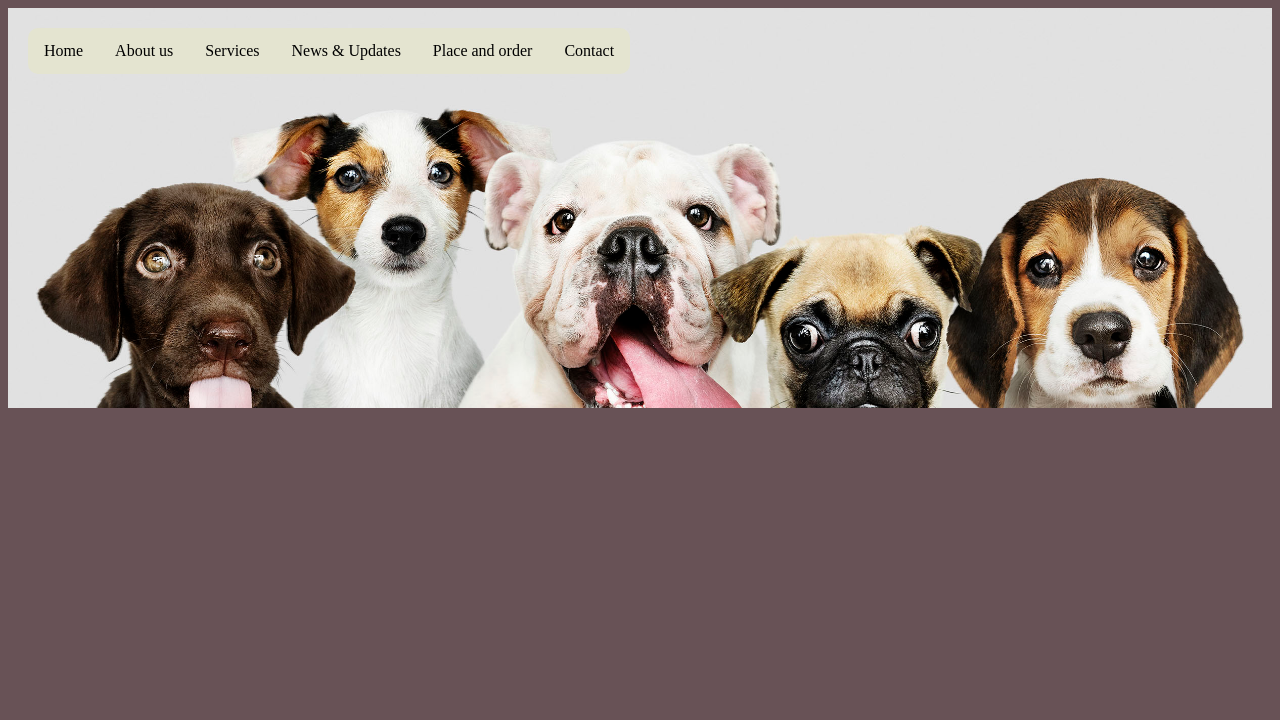
Repository: Tayma-Kazmouz/labwork
Page: index.html
An editor plug-in stored every save of this project. The page is shown before and after the next save, followed by the edit.
The browser window is 1280 px wide. The pictures show the whole page.

Above is the page before, as saved 2022-04-04 16:19:51.

### index.html
<!DOCTYPE html>
<html lang="en">
<head>
    <meta charset="UTF-8">
    <meta http-equiv="X-UA-Compatible" content="IE=edge">
    <meta name="viewport" content="width=device-width, initial-scale=1.0">
    <title>LabWork1</title>
    <link rel="stylesheet" href="styles.css">
</head>
<body>
    <div class="banner">
          <div class="nav">
            <ul>
                <li><a class="active" href="#">Home</a></li>
                <li><a href="#">About us</a></li>
                <li><a href="#">Services</a></li>
                <li><a href="#">News & Updates</a></li>
                <li><a href="#">Place and order</a></li>
                <li><a href="#">Contact</a></li>
            </ul>
        </div>
      </div>

</body>
</html>

### styles.css
body{
    background-color: rgb(104, 82, 86);
}

.banner{
    background-image: url(images/banner.jpg);
    height: 400px;
    position: relative;
    background-position: center;
    background-repeat: no-repeat;
    background-size: cover;
}

.nav{
    background-color: rgb(228, 228, 208);
    border-radius: 10px;
    width: auto;
    position: absolute;
    margin: 20px;
}
ul {
    list-style-type: none;
    margin: 0;
    padding: 0;
    overflow: hidden;
  }

  li {
    float: left;
  }

  li a {
    display: block;
    color: black;
    text-align: center;
    padding: 14px 16px;
    text-decoration: none;
  }

After the next save:
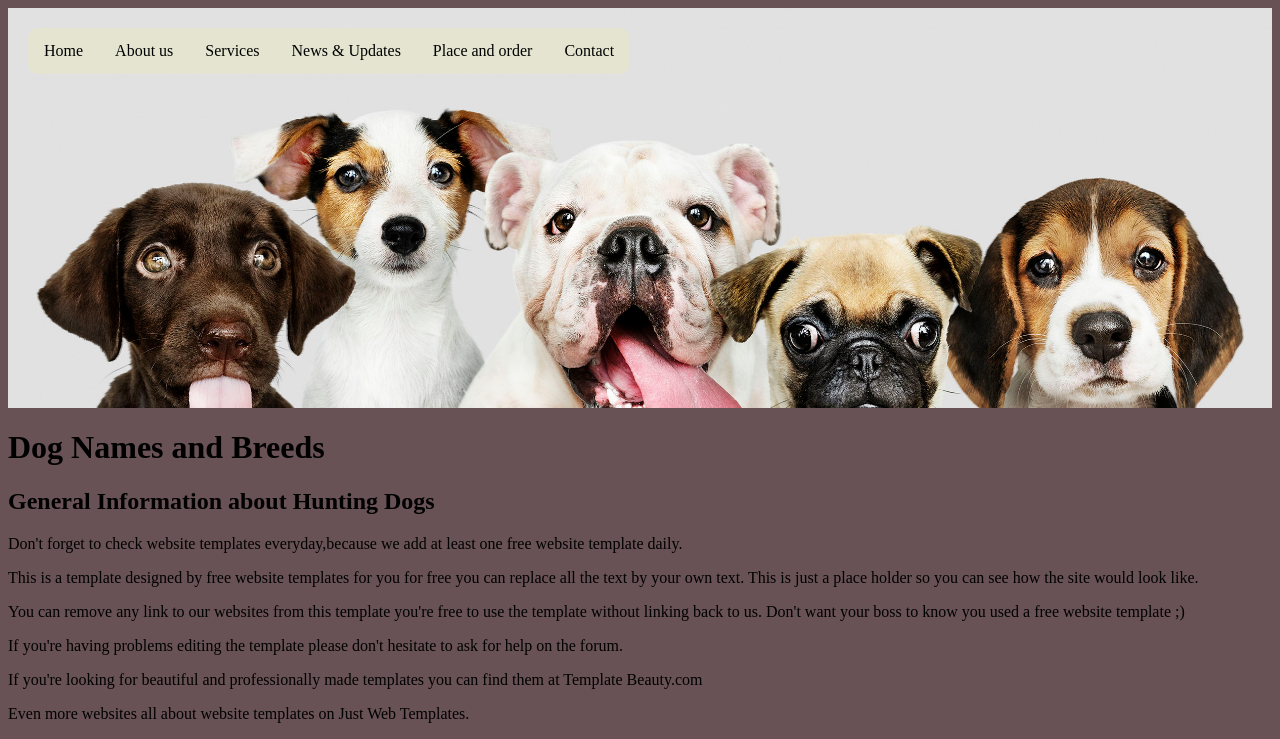
Saved 7 min 56 s later.
--- a/index.html
+++ b/index.html
@@ -20,6 +20,15 @@
             </ul>
         </div>
       </div>
-
+      <h1>Dog Names and Breeds</h1>
+      <div>
+          <h2>General Information about Hunting Dogs</h2>
+          <p>Don't forget to check website templates everyday,because we add at least one free website template daily.</p>
+          <p>This is a template designed by free website templates for you for free you can replace all the text by your own text. This is just a place holder so you can see how the site would look like.</p>
+          <p>You can remove any link to our websites from this template you're free to use the template without linking back to us. Don't want your boss to know you used a free website template ;)</p>
+          <p>If you're having problems editing the template please don't hesitate to ask for help on the forum.</p>
+          <p>If you're looking for beautiful and professionally made templates you can find them at Template Beauty.com</p>
+          <p>Even more websites all about website templates on Just Web Templates.</p>
+      </div>
 </body>
 </html>
